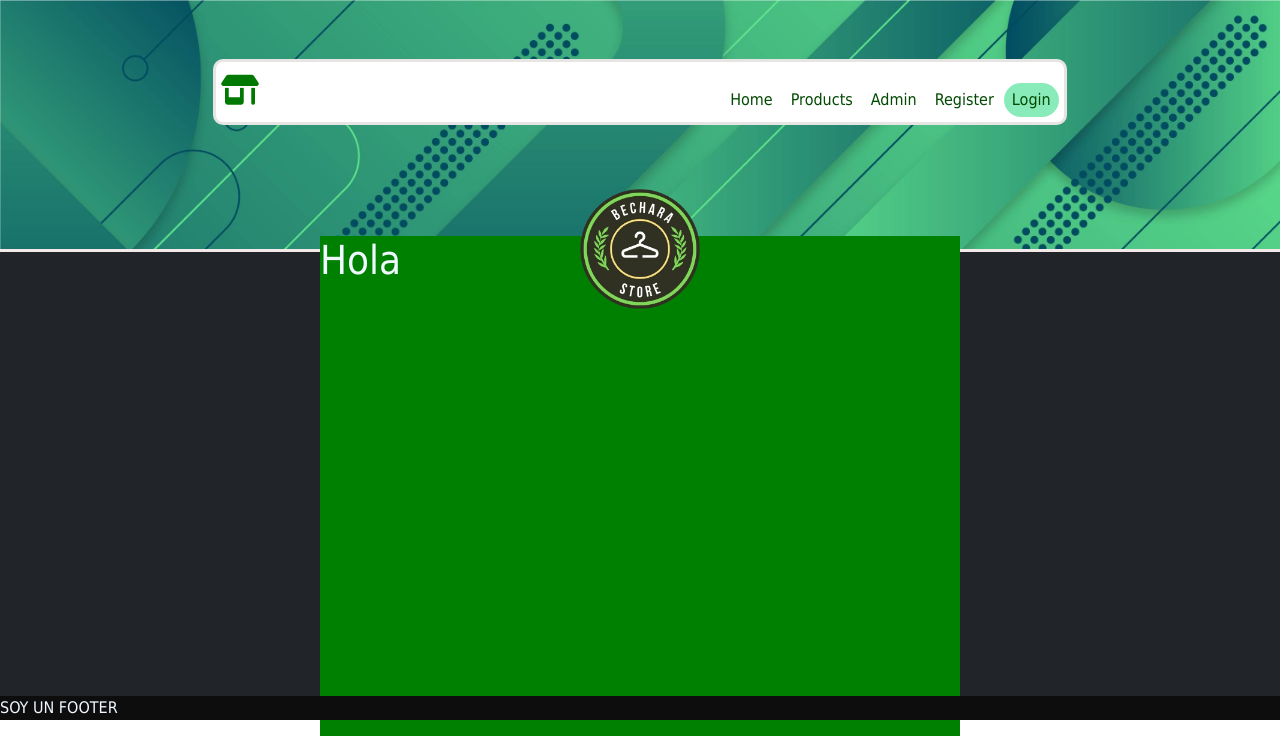
Repository: bechara611/becharastore
Page: /auth
The author's editor kept a copy of each file at every save. The page is drawn from the files as they stood at one save, then again after the next save.
The browser window is 1280 px wide. The pictures show the whole page.
Backgrounds fixed to the window are drawn as part of the page. The project was rebuilt for these pictures with package versions that can differ from the ones it lists, and the page was loaded fresh each time. Also part of the build but not shown: src/Auth/components/Register.jsx.

Above is the page before, as saved 2023-01-27 15:21:41.

After the next save:
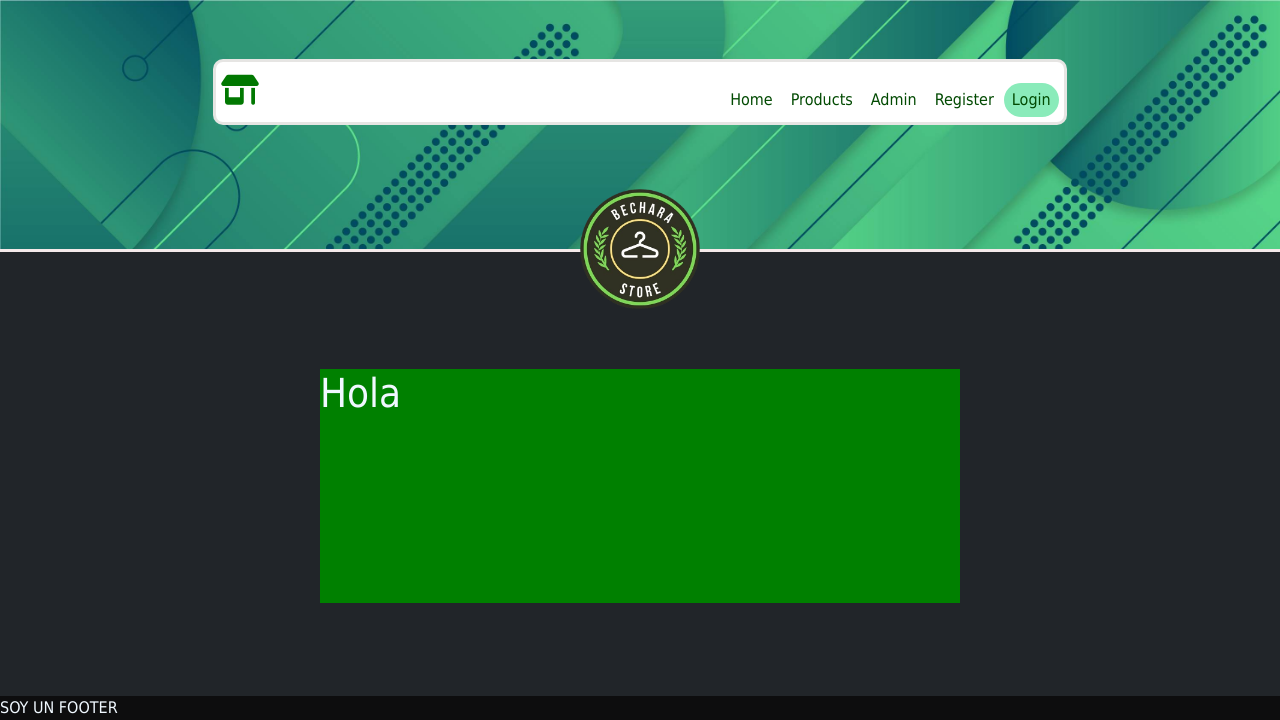
Saved 9 s later.
--- a/src/Auth/components/Login.css
+++ b/src/Auth/components/Login.css
@@ -9,5 +9,5 @@
 
 .contenedor-form{
     background: green;
-    height: 500px;
+    height: 50%
 }
